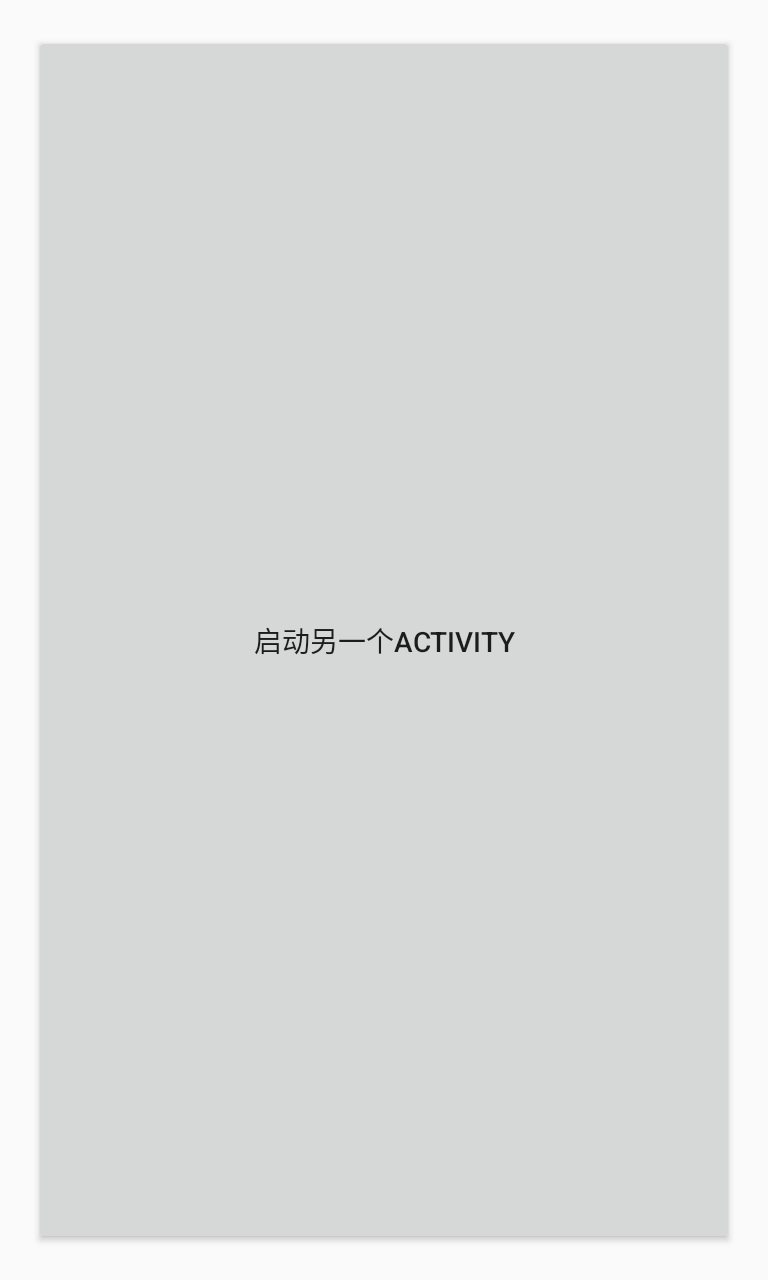
Repository: D-D-ZS/Android
Layout: ActivityTest/res/layout/activity_main.xml
The author's editor kept a copy of each file at every save. The layout is drawn from the files as they stood at one save, then again after the next save.
It is drawn on a 768 x 1280 px phone screen (xhdpi) without system bars, with theme AppTheme; the app's code is not run.

Above is the layout before, as saved 2016-01-17 09:17:03.

After the next save:
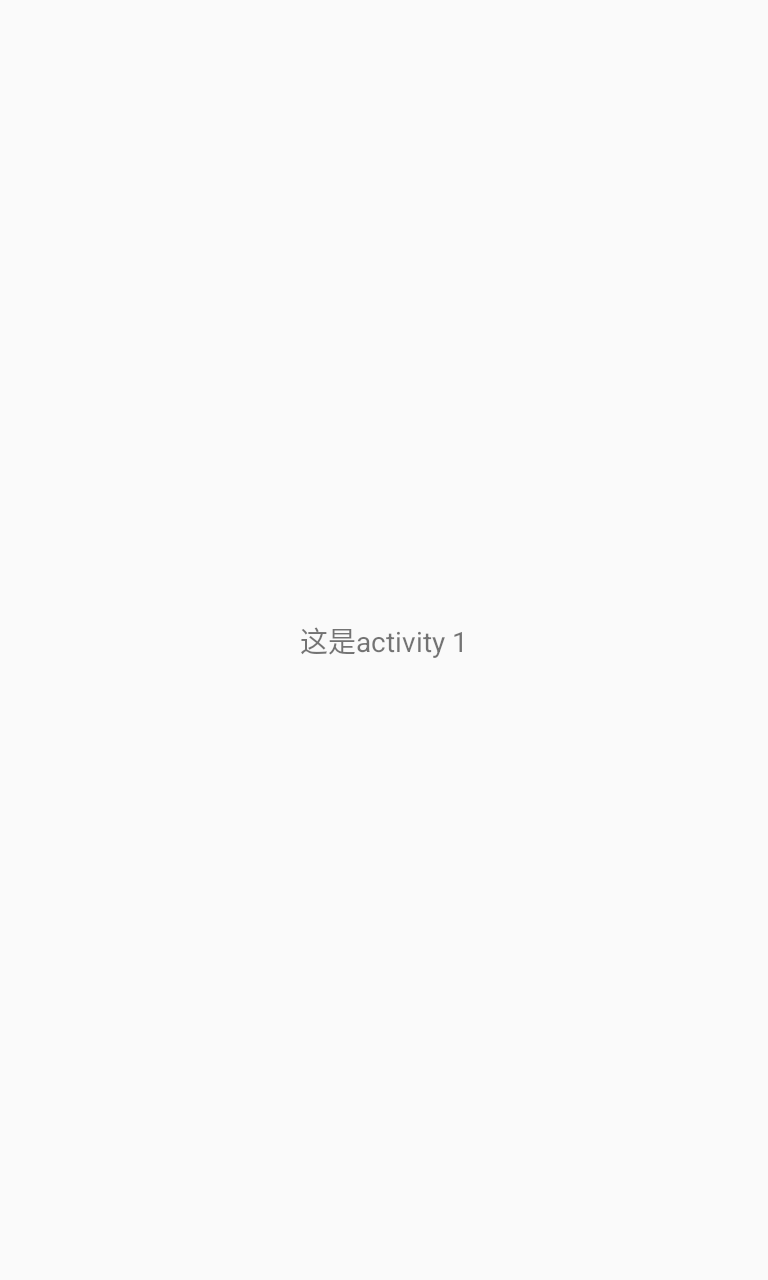
Saved 20 s later.
--- a/ActivityTest/res/layout/activity_main.xml
+++ b/ActivityTest/res/layout/activity_main.xml
@@ -16,8 +16,8 @@
         android:text="@string/activity_1" />
 
 	  <Button
-        android:layout_width="match_parent"
-        android:layout_height="match_parent"
+        android:layout_width="wrap_parent"
+        android:layout_height="wrap_parent"
         android:text="@string/StartAnotherAty"
         android:id="@+id/btnStartAnotherAty"
         ></Button>

After the 2 saves that followed:
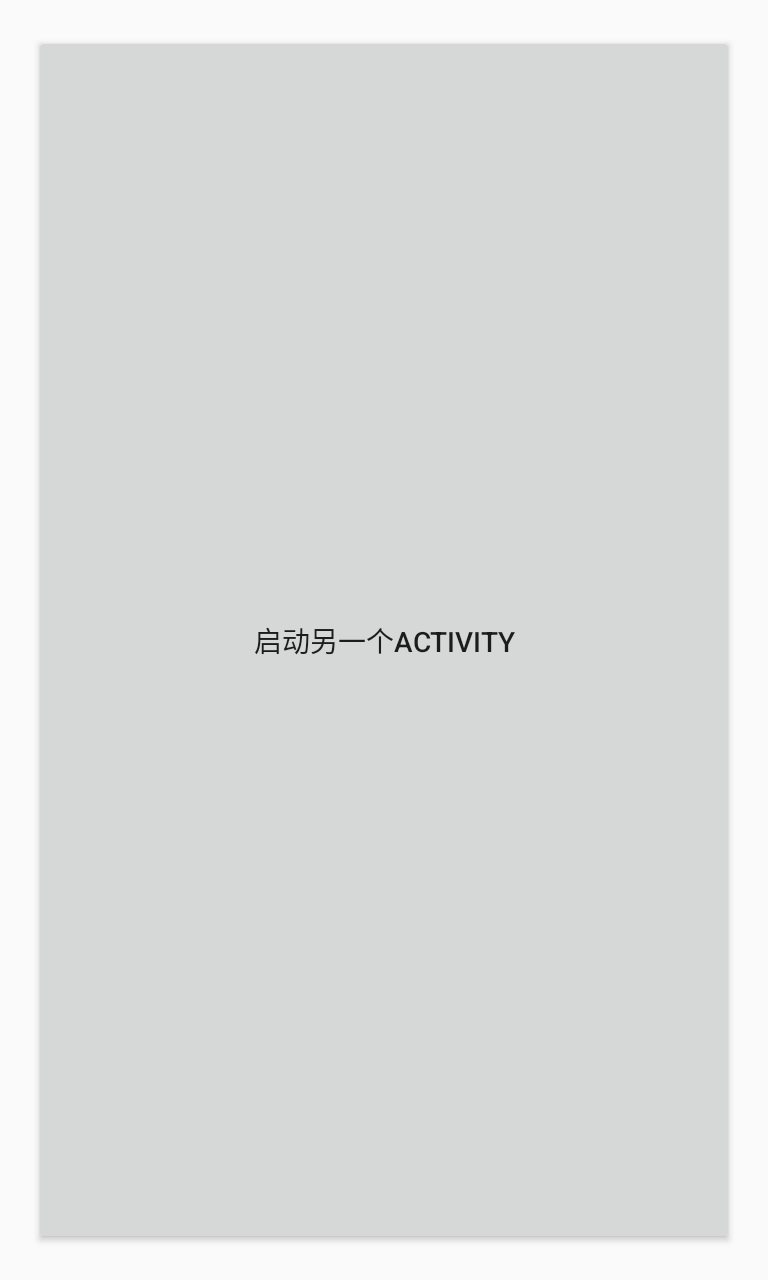
The 2 saves are shown as one change because 1 left the picture as it was.
The last was saved 77 s later.
--- a/ActivityTest/res/layout/activity_main.xml
+++ b/ActivityTest/res/layout/activity_main.xml
@@ -16,8 +16,8 @@
         android:text="@string/activity_1" />
 
 	  <Button
-        android:layout_width="wrap_parent"
-        android:layout_height="wrap_parent"
+        android:layout_width="fill_parent"
+        android:layout_height="match_parent"
         android:text="@string/StartAnotherAty"
         android:id="@+id/btnStartAnotherAty"
         ></Button>
